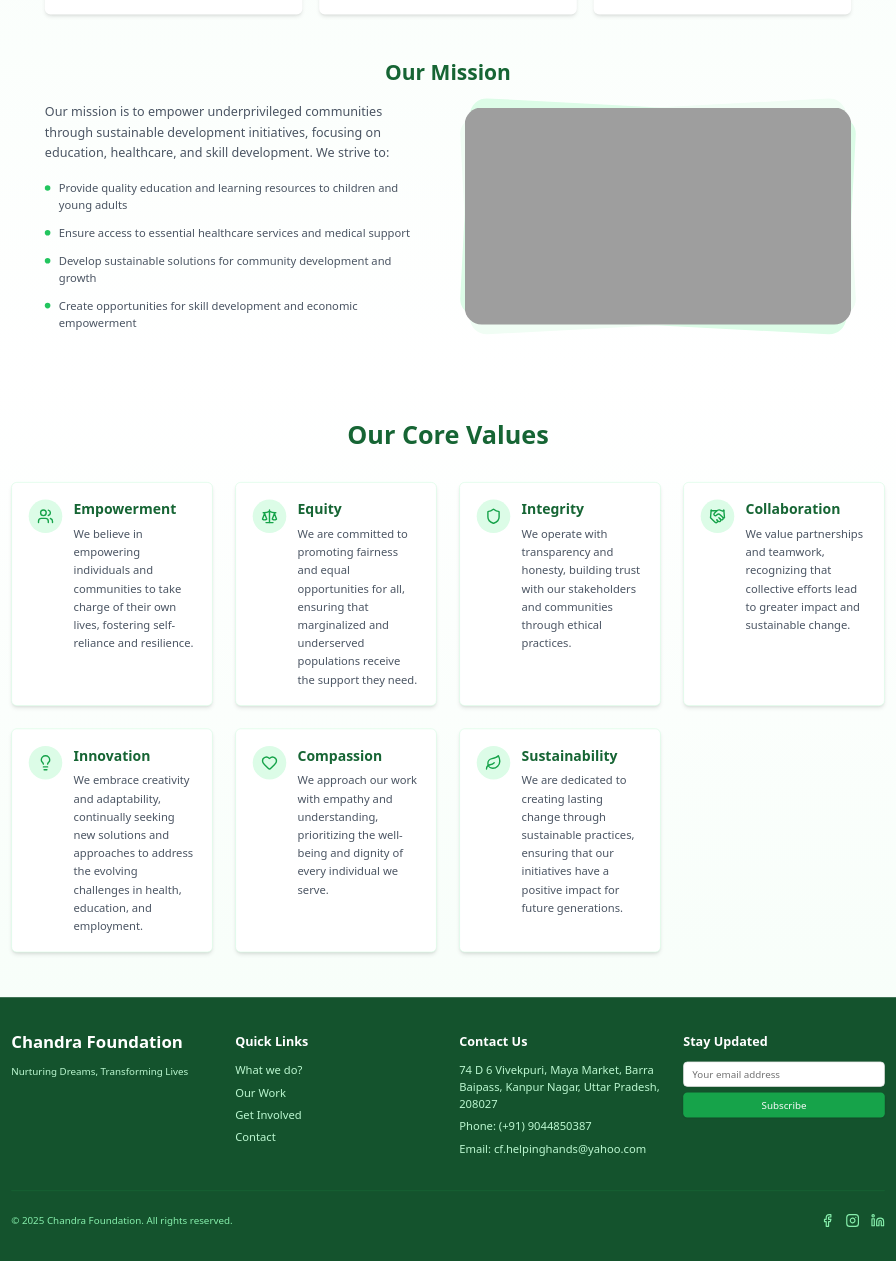
Repository: rajukumar2003/chandra-foundation
Page: /aboutus
An editor plug-in stored every save of this project. The page is shown before and after a run of saves, followed by the edit.
The browser window is 1280 px wide. The pictures show the part of the page from y = 1781 to 3701 px (the page is 3583 px tall before and 3701 px after), at 70% of full size.
Pictures or frames that could not be fetched are drawn as grey boxes. The project was rebuilt for these pictures with package versions that can differ from the ones it lists, and the page was loaded fresh each time. The framework's server and built-in components were replaced by stand-ins that run in the browser. Also part of the build but not shown: next.config.ts.

Above is the page before, as saved 2025-01-30 20:13:56.

After the next 3 saves:
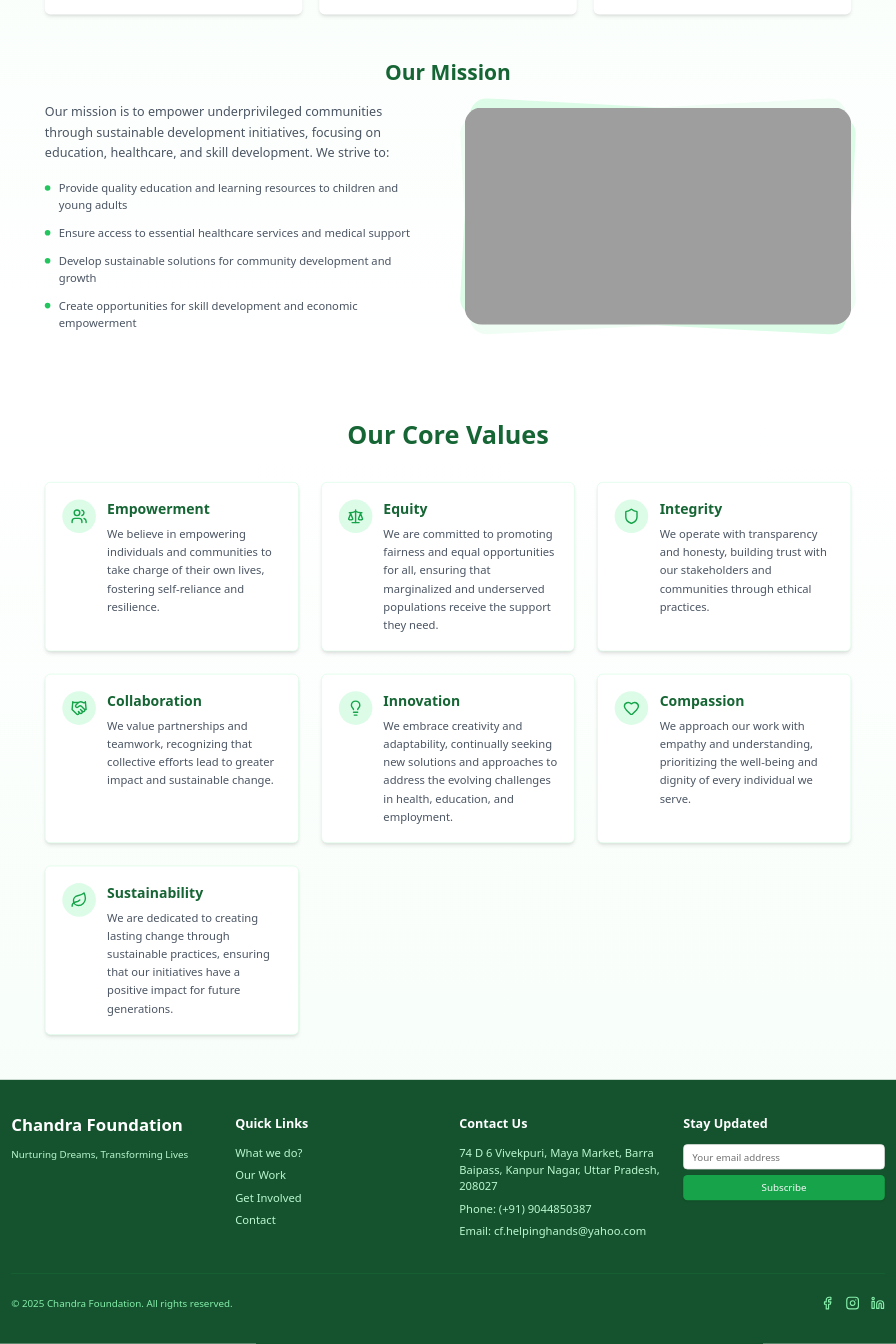
The 3 saves are shown as one change because they came seconds apart.
The last was saved 28 s later.
--- a/app/components/CoreValues.tsx
+++ b/app/components/CoreValues.tsx
@@ -63,7 +63,7 @@ export default function CoreValues() {
           {/* <div className="w-20 h-1 bg-green-600 mx-auto mb-6"></div> */}
         </motion.div>
 
-        <div className="grid gap-8 md:grid-cols-2 lg:grid-cols-4 max-w-7xl mx-auto">
+        <div className="grid gap-8 md:grid-cols-2 lg:grid-cols-3 max-w-6xl mx-auto">
           {coreValues.map((value, index) => (
             <motion.div
               key={value.title}
